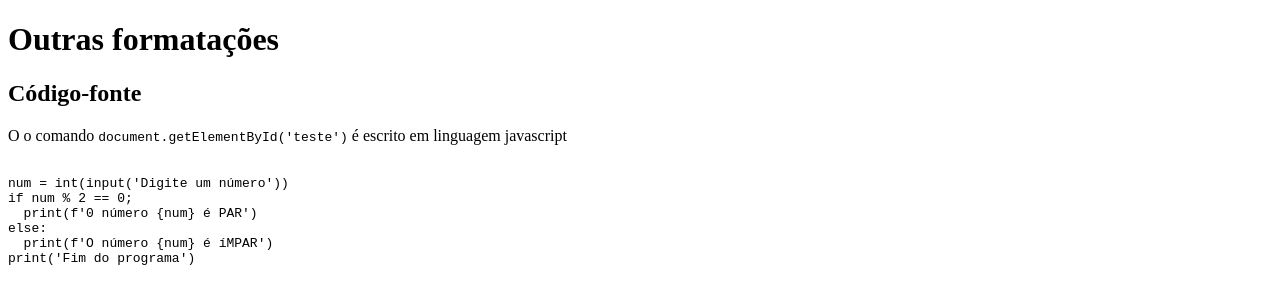
Repository: pheonix5/Estudo
Page: html-css/exercicios/ex008b/index.html
An editor plug-in stored every save of this project. The page is shown before and after the next save, followed by the edit.
The browser window is 1280 px wide. The pictures show the whole page.

Above is the page before, as saved 2023-07-25 20:23:31.

### html-css/exercicios/ex008b/index.html
<!DOCTYPE html>
<html lang="pt-br">
<head>
  <meta charset="UTF-8">
  <meta name="viewport" content="width=device-width, initial-scale=1.0">
  <title>outras formatações</title>
</head>
<body>
  <h1>Outras formatações</h1>
  <h2>Código-fonte</h2>
  <p>O o comando <code>document.getElementById('teste')</code> é escrito em linguagem javascript</p>
  <pre>
    <code>
num = int(input('Digite um número'))
if num % 2 == 0;
  print(f'0 número {num} é PAR')
else:
  print(f'O número {num} é íMPAR')
print('Fim do programa')
    </code>
  </pre>
</body>
</html>

After the next save:
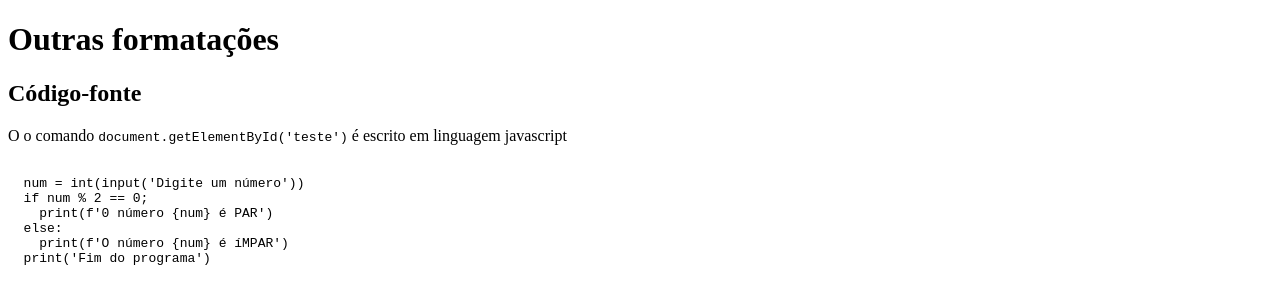
Saved 63 s later.
--- a/html-css/exercicios/ex008b/index.html
+++ b/html-css/exercicios/ex008b/index.html
@@ -11,12 +11,12 @@
   <p>O o comando <code>document.getElementById('teste')</code> é escrito em linguagem javascript</p>
   <pre>
     <code>
-num = int(input('Digite um número'))
-if num % 2 == 0;
-  print(f'0 número {num} é PAR')
-else:
-  print(f'O número {num} é íMPAR')
-print('Fim do programa')
+  num = int(input('Digite um número'))
+  if num % 2 == 0;
+    print(f'0 número {num} é PAR')
+  else:
+    print(f'O número {num} é íMPAR')
+  print('Fim do programa')
     </code>
   </pre>
 </body>
